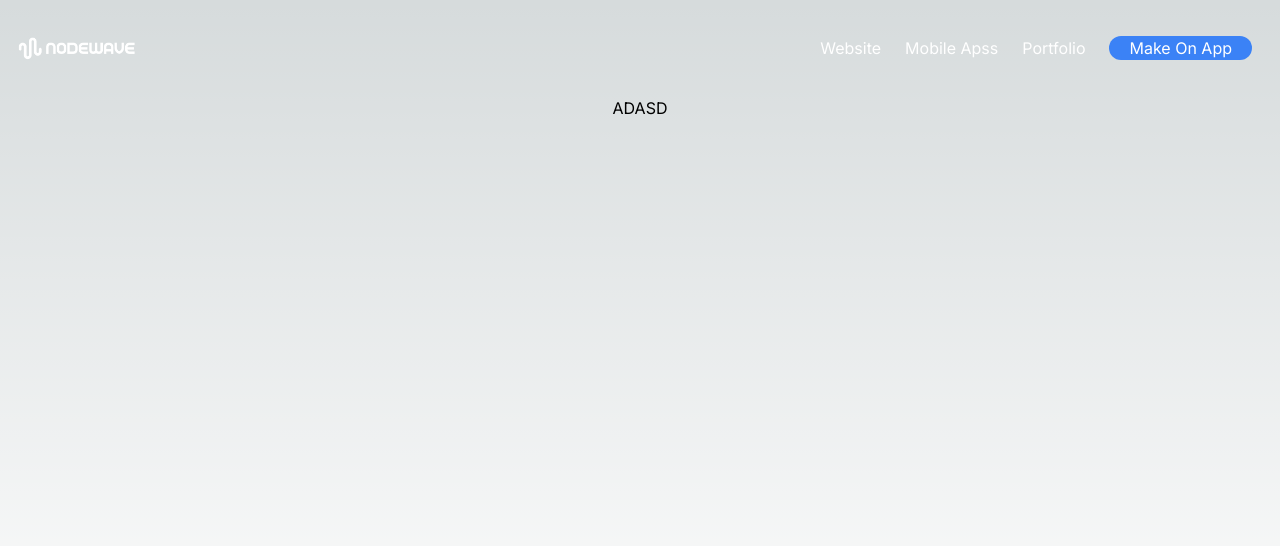
Repository: farrelmuhammad/nodewave
Page: /
These files come from the project's save history. The page is drawn as it stood at one moment and after the next save; the edit follows.
The browser window is 1280 px wide. The pictures show the whole page.
The project was rebuilt for these pictures with package versions that can differ from the ones it lists, and the page was loaded fresh each time. The framework's server and built-in components were replaced by stand-ins that run in the browser. Also part of the build but not shown: next.config.js.

Above is the page before, as saved 2023-09-08 12:38:15.

After the next save:
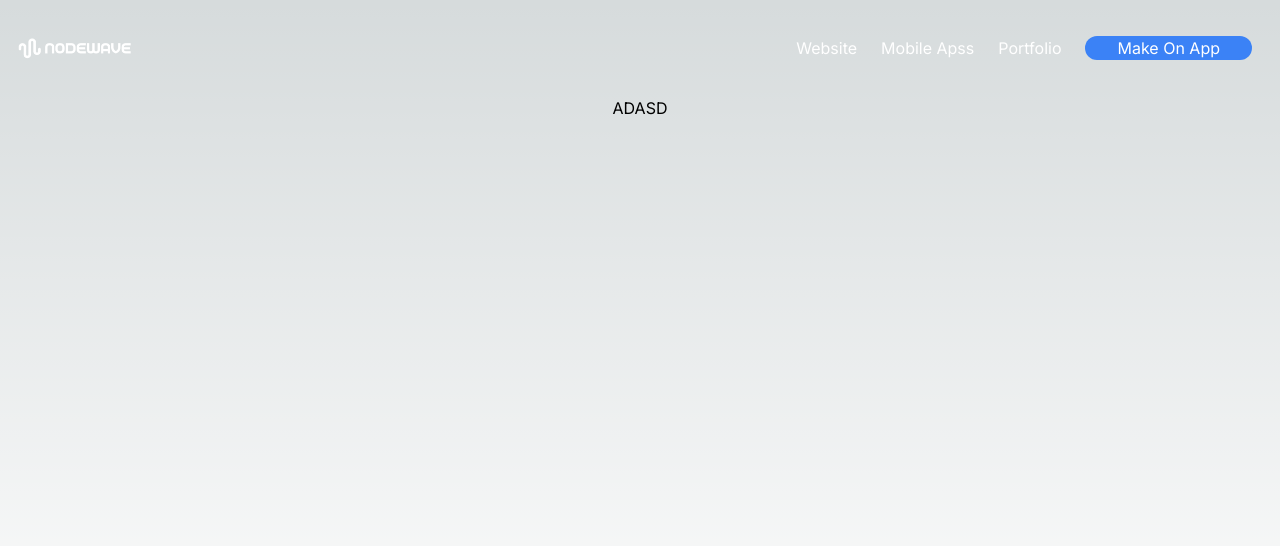
Saved 16 s later.
--- a/src/components/Navbar.jsx
+++ b/src/components/Navbar.jsx
@@ -30,7 +30,7 @@
                   Portfolio
                 </a>
               </li>
-              <li class="mx-3 py-6 md:py-0 bg-blue-500 rounded-full p-5">
+              <li class="mx-3 py-6 md:py-0 bg-blue-500 rounded-full p-5 px-8">
                 <a href="#" class="text-black md:text-white hover:underline whitespace-nowrap overflow-ellipsis">
                   Make On App
                 </a>
